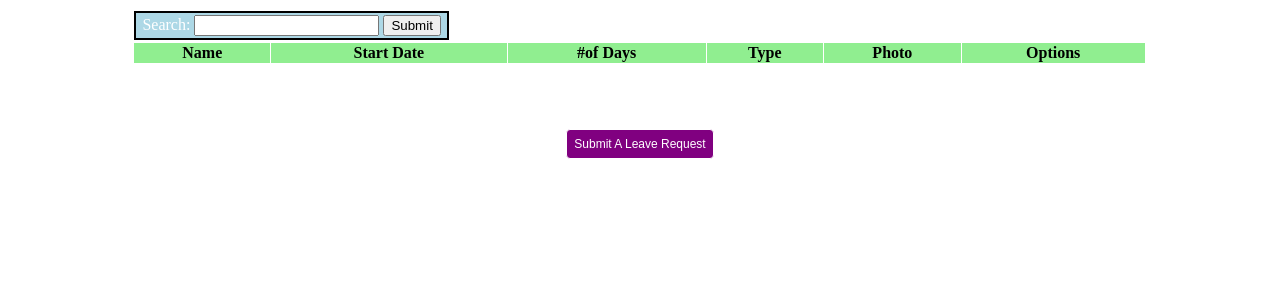
Repository: Murad71/BasicCRUD
Page: index1.html
The author's editor kept a copy of each file at every save. The page is drawn from the files as they stood at one save, then again after the next save.
The browser window is 1280 px wide. The pictures show the whole page.

Above is the page before, as saved 2023-05-07 08:06:07.

### index1.html
<!DOCTYPE html>
<html lang="en">
  <head>
    <meta charset="UTF-8" />
    <meta http-equiv="X-UA-Compatible" content="IE=edge" />
    <meta name="viewport" content="width=device-width, initial-scale=1.0" />
    <link rel="stylesheet" type="text/css" href="index1.css" />
    <title>Document</title>
  </head>
  <body>
    <div class="container1">
        <div class="searchbar">
        <form>
          <label for="search">Search:</label> <!--Added the search bar here-->
          <input type="search" id="search" name="search" />
          <button>Submit</button>
        </form>
      </div>
      <table class="table1">
        <thead class="thead1">
          <tr>
            <th>Name</th>
            <th>Start Date</th>
            <th>#of Days</th>
            <th>Type</th>
            <th>Photo</th>
            <th>Options</th>
          </tr>
        </thead>
        <tbody class="tbody1">
          <!-- <tr>
            <td>Sakib</td>
            <td>16-08-2020</td>
            <td>1</td>
            <td>Sick leave</td>
            <td><img src="sakib.jpg" alt="Sakib's photo" /></td>
            <td><a href="index.html" class="edit">Edit</a> <input type='button' value= 'Reject' name="dummy1" class="reject"/></td>
          </tr>
          <tr>
            <td>Mustafiz</td>
            <td>20-02-2021</td>
            <td>3</td>
            <td>Other</td>
            <td><img src="mustafiz.jpg" alt="Mustafiz's photo" /></td>
            <td><a href="index.html" class="edit">Edit</a> <input type='button' value= 'Reject' name="dummy2" class="reject"/></td>
          </tr> -->
        </tbody>
      </table>
      <input type="submit" value="Submit A Leave Request" />
    </div>
    <script src="leave.js" defer></script>
  </body>
</html>

### index1.css
table {
    border-collapse: collapse;
    width: 100%;
    background-color: lightgreen;
  }

  .container1 {
    width: 80%;
    display: flex;
    flex-direction: column;
    align-items: flex-start;
    justify-content: flex-start;
    margin: auto;
    height: 30vh;
  }

  .table1 .tbody1 #img{
    width: 60px;
    height: 60px;
  }

  td a.edit {
    border: 1px solid black;
    background-color: lightblue;
    padding: 2px 6px;
    color: white;
    text-decoration: none;
    margin: 3px;
  }

  td .reject {
    border: 1px solid black;
    background-color: red;
    padding: 4px 6px;
    color: white;
    text-decoration: none;
    margin-right: 3px;
  }

  table .thead1 th {
    border-right: 1px solid white;
  }

  .table1 tr {
    border-bottom: 1px solid white; /* Add horizontal line after each row */
  }

  .tbody1 td {
    height: 50px;
    background-color: grey;
    color: white;
    font-weight: bold;
    border-right: 1px solid white;
    text-align: center;
  }


  input[type="submit"] {
    font-size: 12px;
    color: white;
    border: 1px solid;
    padding: 7px;
    background-color: purple;
    border-radius: 4px;
    text-align: center;
    align-items: center;
    margin: auto;
    display: block;
  }


  .container1 .searchbar {
    border: 2px solid black;
    background-color: lightblue;
    padding: 2px 6px;
    color: white;
    text-decoration: none;
    margin: 3px 3px 3px 0;
  }


  @media (max-width: 500px) {
    .searchbar {
      display: flex;
      flex-direction: column;
      align-items: center;
    }

    .searchbar label {
      margin-bottom: 10px;
    }

    .searchbar input[type="search"] {
      width: 100%;
      max-width: 300px;
    }
  }

### leave.js
const table = document.getElementsByClassName("tbody1")[0];
let removeListItems= document.getElementsByClassName('reject');
let editListItems= document.getElementsByClassName('edit');
let storage=JSON.parse(localStorage.getItem('store')) || [];


//console.log(removeListItems);
//console.log(storage[3].id);

//displaying the data
storage.forEach(obj =>{
    let row=document.createElement('tr');
    row.innerHTML = `<td>${obj.name}</td>
                    <td>${obj.startdate}</td>
                    <td>${obj.days}</td>
                    <td>${obj.leaves}</td>
                    <td><img id="img" src=${obj.photo} alt="loading.."></td>
                    <td><a class="edit">Edit</a> <input type='button' value= 'Reject' name=${obj.id} class="reject"/></td>`;

    table.appendChild(row);
});

//rejecting the entry
for(let i=0; i < removeListItems.length; i++)
{
    let button= removeListItems[i];
    button.addEventListener('click', function(event){
        //button we clicked on
        let alert= confirm("Are you sure you want to reject the request?");
        if(alert)
        {
            let buttonClicked= event.target;
            let row= buttonClicked.closest('tr');
            let rowIndex= row.rowIndex;
            storage.splice(rowIndex - 1, 1);
            localStorage.setItem('store', JSON.stringify(storage));
            buttonClicked.parentElement.parentElement.remove();
        }
        else return;
    })
}



// //editing the entry
// for(let i=0; i<editListItems.length; i++)
// {
//     let button= editListItems[i];
//     button.addEventListener('click', function(event){
//         let confirmation= confirm("Are you sure you want to modify the entry?");
//         if(confirmation)
//         {
//             let buttonClicked = event.target;
//             let row = buttonClicked.closest('tr');

//             let name = row.cells[0].textContent;
//             let startDate = row.cells[1].textContent;
//             let days = row.cells[2].textContent;
//             let leaveType = row.cells[3].textContent;
//             //let photo = row.cells[4].querySelector('photo').src;


//             // document.getElementById("name").value = name;
//             // document.getElementById("startdate").value = startDate;
//             // document.getElementById("days").value = days;
//             // document.getElementById("leave").value = leaveType;
//             // document.getElementById('photo').value = photo;


//         }
//         else return;
//     })
// }

After the next save:
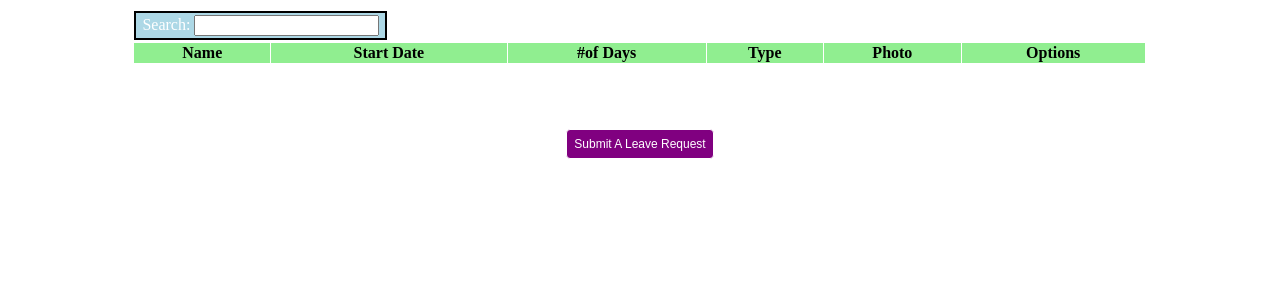
Saved 13 h 30 min later.
--- a/index1.html
+++ b/index1.html
@@ -13,7 +13,6 @@
         <form>
           <label for="search">Search:</label> <!--Added the search bar here-->
           <input type="search" id="search" name="search" />
-          <button>Submit</button>
         </form>
       </div>
       <table class="table1">
